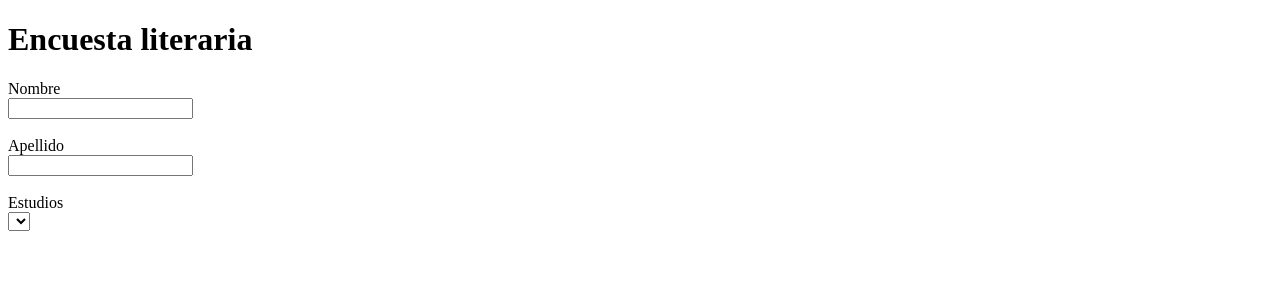
Repository: cabotillo/javaee
Page: Encuesta/WebContent/index.html
These files come from the project's save history. The page is drawn as it stood at one moment and after the next save; the edit follows.
The browser window is 1280 px wide. The pictures show the whole page.

Above is the page before, as saved 2017-02-16 17:48:01.

### Encuesta/WebContent/index.html
<!DOCTYPE html>
<html>
<head>
<meta charset="UTF-8">
<title>Insert title here</title>
</head>
<body>
<h1>Encuesta literaria</h1>
<form action="/Encuesta/mostrar">
Nombre<br><input type="text" name="nombre"><br><br>
Apellido<br><input type="text" name="apellido"><br><br>
Estudios<br><select name="estudios"></select><br><br>
</form>
</body>
</html>

After the next save:
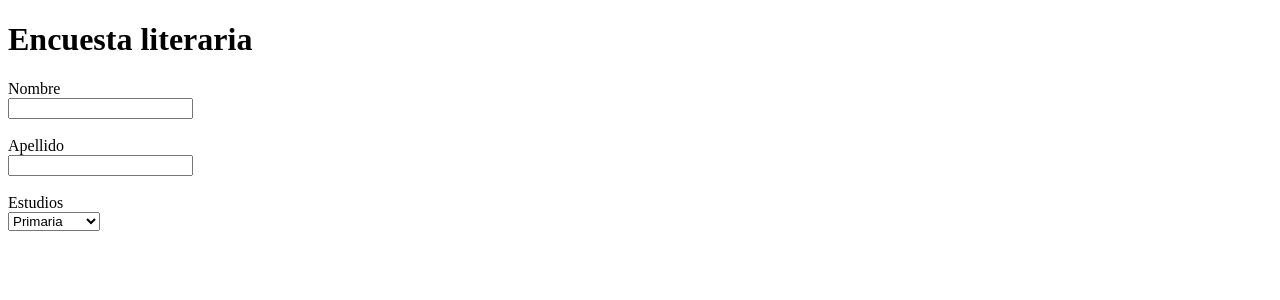
Saved 49 s later.
--- a/Encuesta/WebContent/index.html
+++ b/Encuesta/WebContent/index.html
@@ -9,7 +9,7 @@
 <form action="/Encuesta/mostrar">
 Nombre<br><input type="text" name="nombre"><br><br>
 Apellido<br><input type="text" name="apellido"><br><br>
-Estudios<br><select name="estudios"></select><br><br>
+Estudios<br><select name="estudios"><option>Primaria</option><option>Secundaria</option><option>Bachillerato</option></select><br><br>
 </form>
 </body>
 </html>
